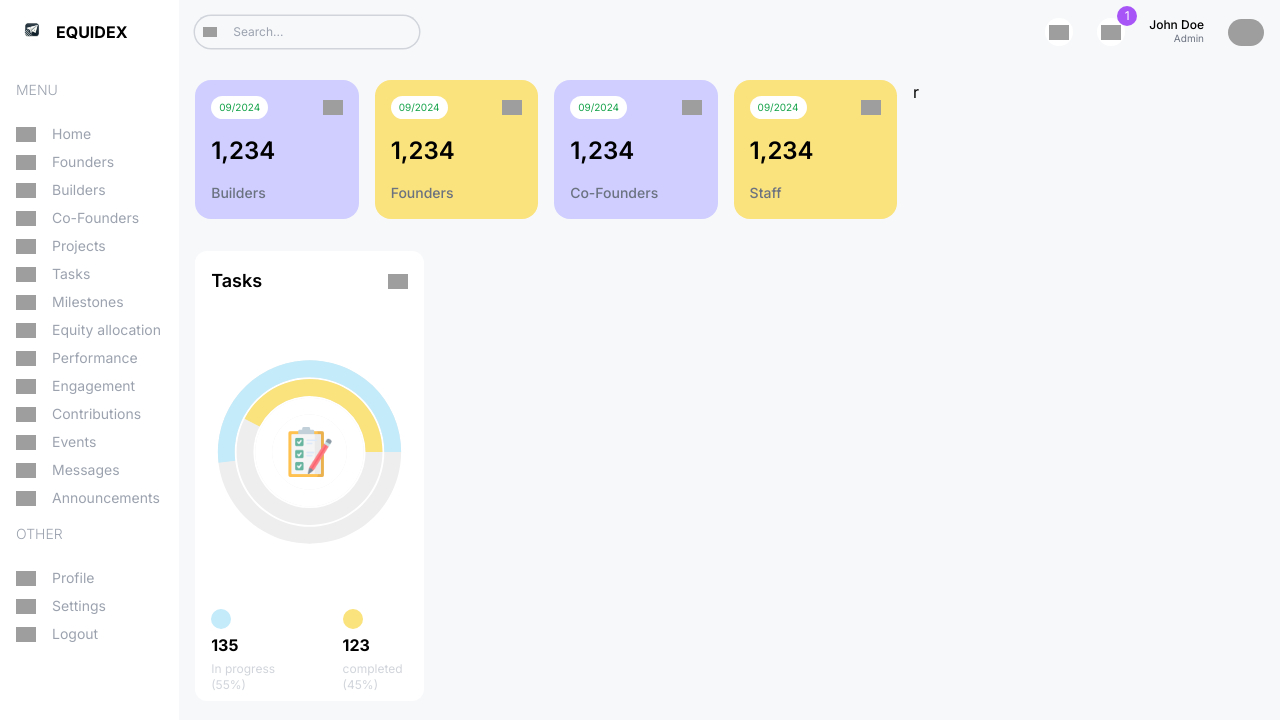
Repository: MikeeBuilds/equidex
Page: /admin
An editor plug-in stored every save of this project. The page is shown before and after a run of saves, followed by the edit.
The browser window is 1280 px wide. The pictures show the whole page.
Pictures or frames that could not be fetched are drawn as grey boxes. An inner scrolling area shows only its first screen. The project was rebuilt for these pictures with package versions that can differ from the ones it lists, and the page was loaded fresh each time. The framework's server and built-in components were replaced by stand-ins that run in the browser. Also part of the build but not shown: next.config.mjs.

Above is the page before, as saved 2024-09-24 19:58:29.

After the next 4 saves:
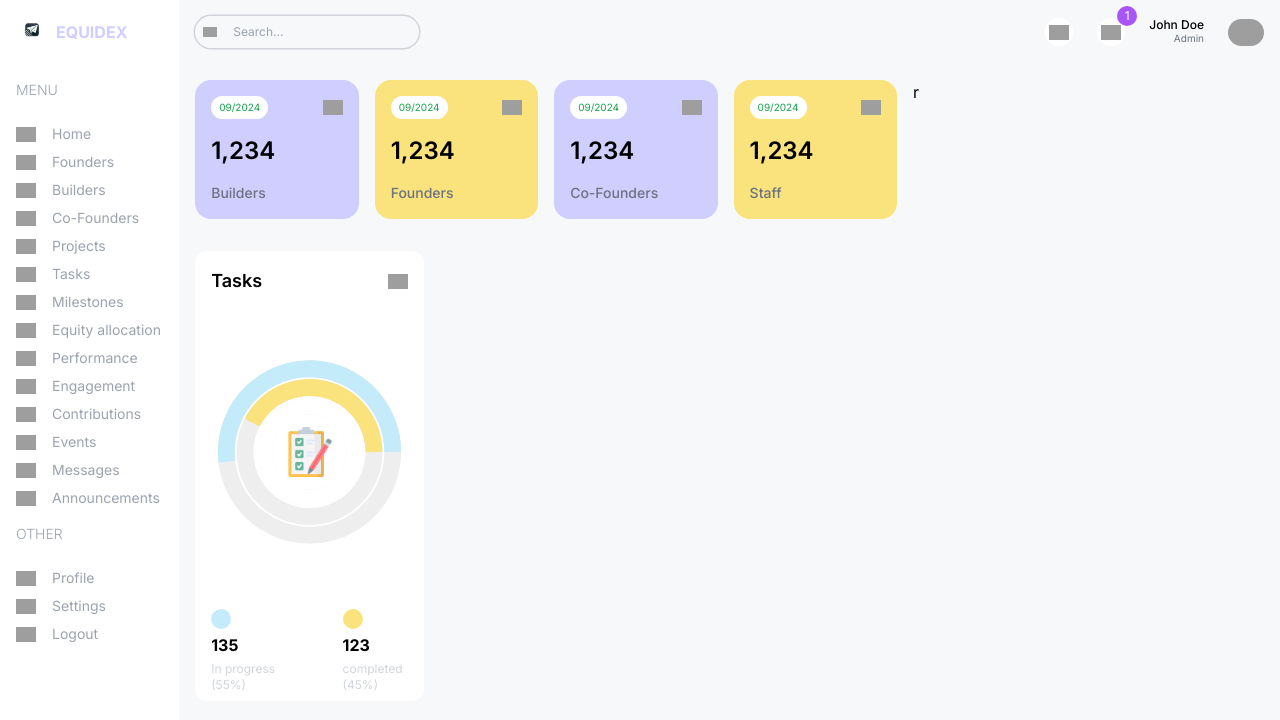
The 4 saves are shown as one change because they came seconds apart.
The last was saved 47 s later.
--- a/src/app/(dashboard)/layout.tsx
+++ b/src/app/(dashboard)/layout.tsx
@@ -17,7 +17,7 @@ export default function DashboardLayout({
           className="flex items-center justify-center lg:justify-start gap-2"
         >
           <Image src="/logo.png" alt="logo" width={32} height={32} />
-          <span className="hidden lg:block font-bold text">EQUIDEX</span>
+          <span className="hidden lg:block font-bold text-dexPurple">EQUIDEX</span>
         </Link>
         <Menu />
       </div>
